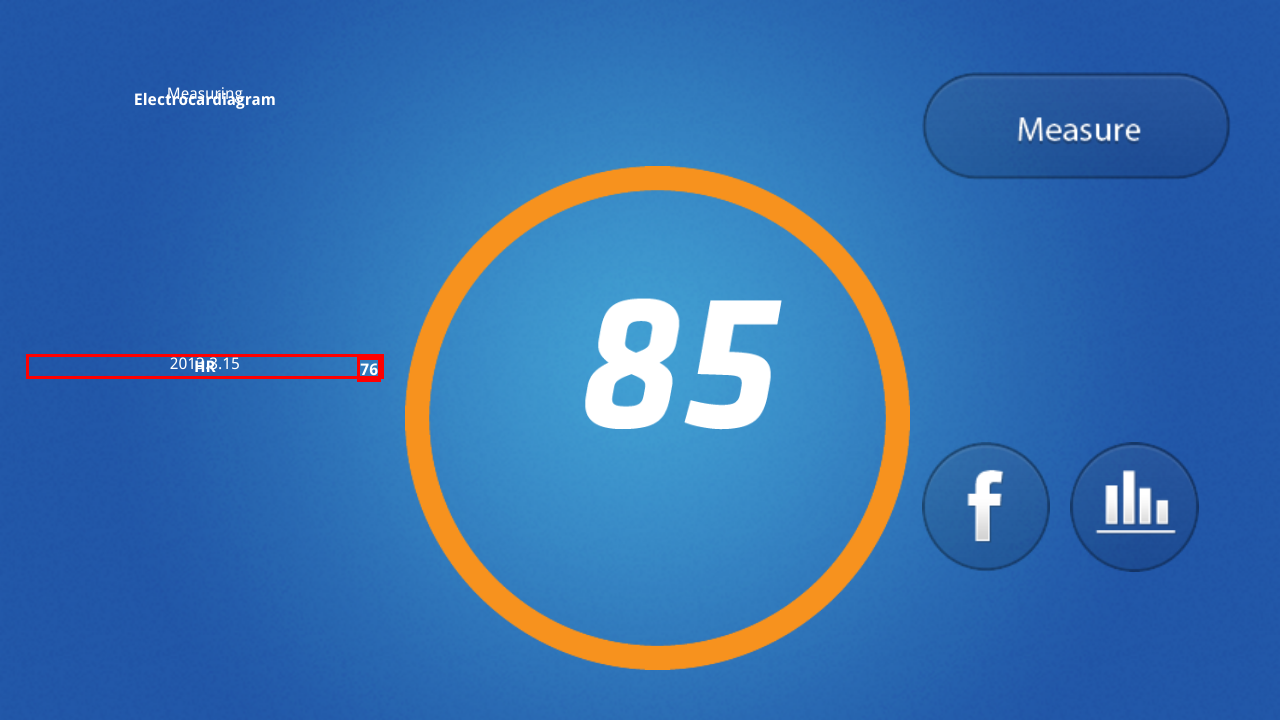
Repository: chouwill79131/IEcontest
Page: BluetoothChat/assets/complete.html
These files come from the project's save history. The page is drawn as it stood at one moment and after the next save; the edit follows.
The browser window is 1280 px wide. The pictures show the whole page.

Above is the page before, as saved 2013-03-08 17:48:46.
Console error: TypeError: Cannot set properties of null (setting 'innerHTML')

After the next save:
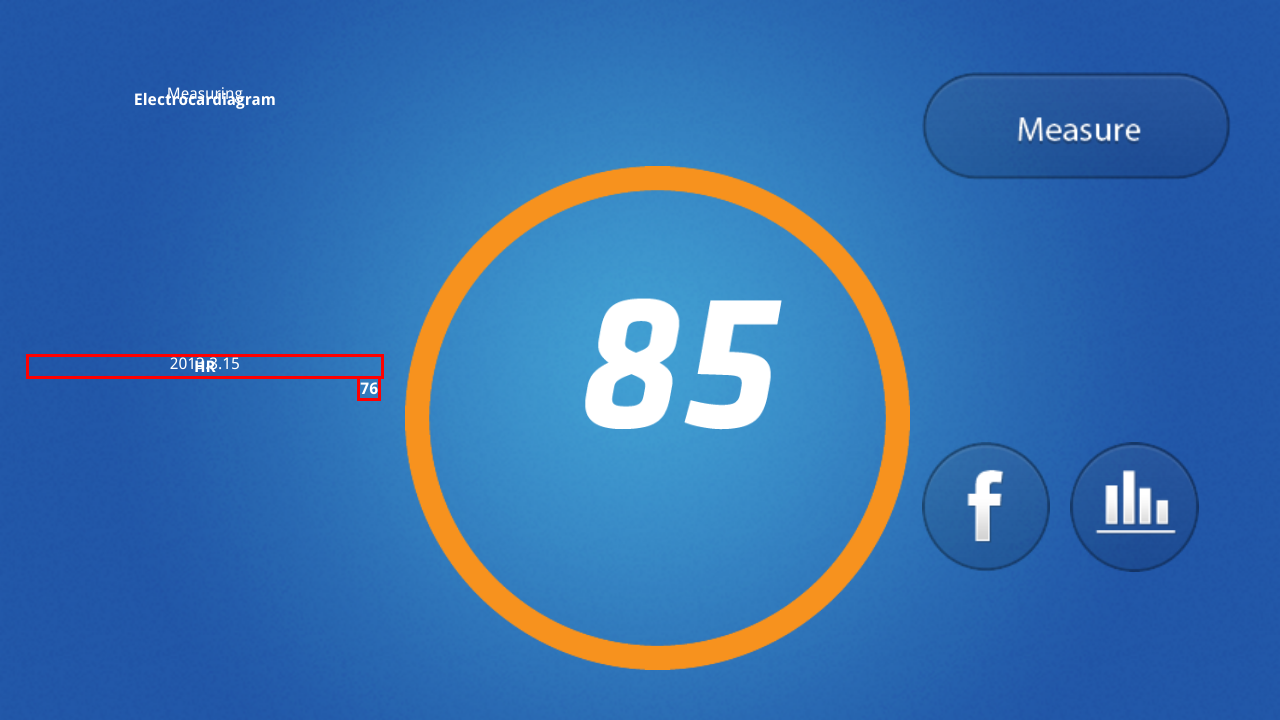
Saved 112 s later.
--- a/BluetoothChat/assets/complete.html
+++ b/BluetoothChat/assets/complete.html
@@ -14,7 +14,7 @@
 				<div class="word">Electrocardiagram</div><br />
 				<div class="subword">Measuring</div><br />
 
-				<div class="hr">HR<div id="hr">76</div></div><br />
+				<div class="hr"><div>HR</div><div id="hr">76</div></div><br />
 				<div class="date">2013.3.15</div>
 			</div>
 
--- a/BluetoothChat/assets/complete.css
+++ b/BluetoothChat/assets/complete.css
@@ -18,7 +18,7 @@ body { margin:0; padding:0;}
 .word { margin-top: 25%;  font-family: DroidSans-Bold ; }
 .subword, .date { margin-top:-12%; font-family: droidsans ;}
 .hr {  border:solid red ; margin-top: 65%;  font-family: DroidSans-Bold ;}
-#hr {border:solid red; float:right; margin-left: -60% ;}
+#hr {border:solid red; float:right; margin-left: -10% ;}
 .date { font-family: droidsans ;}
 
 .mid { width: 41%; }
